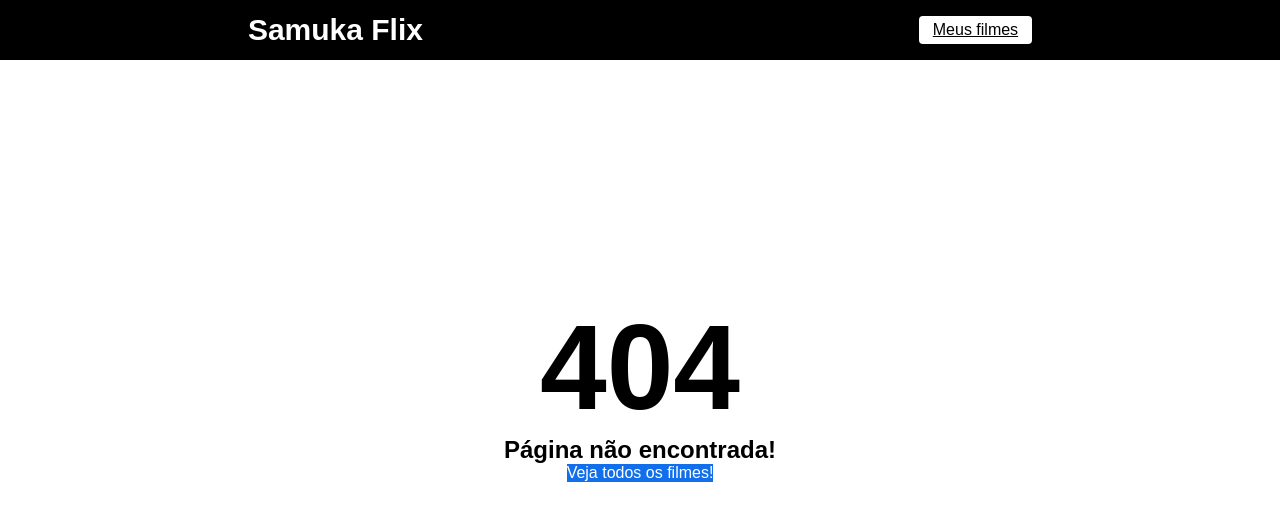
Repository: devsamuel23/primeflix_git
Page: /favoritos
These files come from the project's save history. The page is drawn as it stood at one moment and after a run of saves; the edit follows.
The browser window is 1280 px wide. The pictures show the whole page.
The project was rebuilt for these pictures with package versions that can differ from the ones it lists, and the page was loaded fresh each time. Also part of the build but not shown: src/pages/Home/home.css, src/pages/Home/index.js, src/pages/Filme/index.js.

Above is the page before, as saved 2023-05-19 23:45:23.

### src/index.css
*{
  padding: 0;
  margin: 0;
  box-sizing: border-box;
}
body{
  font-family: sans-serif;
}

.app{
  display: flex;
  width: 100%;
  justify-content: center;
  align-items: center;
  flex-direction: column;
}

### src/App.js
import RoutesApp from "./routes";

function App() {
  return (
  <div className="App">
    <RoutesApp/>
    </div>
    );
}

export default App;

### src/routes.js
import { BrowserRouter, Routes, Route } from "react-router-dom";


import Home from './pages/Home'

import Filme from "./pages/Filme";
import Header from "./components/Header";
import Erro from './pages/Erro'
function RoutesApp(){
    return (
      <BrowserRouter>
      <Header/>
        <Routes>
          <Route path="/" element={<Home />} />
          <Route path="/filme/:id" element={<Filme />} />

          <Route path="*" element={ <Erro/>} />
        </Routes>
      </BrowserRouter>
    );
}

export default RoutesApp;

### src/components/Header/index.js
import { Link } from "react-router-dom";
import "./header.css"
function Header(){
    return(
        <header>
            <Link className="logo" to="/">Samuka Flix</Link>
            <Link className="favoritos" to="/favoritos">Meus filmes</Link>
        </header>
    )
}

export default Header;

### src/pages/Erro/index.js
import { Link } from 'react-router-dom'
import '../Erro/Erro.css'

function Erro(){
    return(
        <div className="not-found">
            <h1>404</h1>
            <h2>Página não encontrada!</h2>
            <Link to="/"> Veja todos os filmes!</Link>
        </div>
    )
}

export default Erro;

### src/components/Header/header.css
header{
    display: flex;
    align-items: center;
    justify-content: space-around;
    width: 100%;
    height: 60px;
    background-color: #000000;
}

.logo{
    text-decoration: none;
    font-size: 30px;
    cursor: pointer;
    color: #fff;
    font-weight: bold;
}
.favoritos{
    cursor: pointer;
    background-color: #fff;
    padding: 5px 14px;
    color: #000000;
    border-radius: 4px;
}

### src/pages/Erro/Erro.css
.not-found{
    width: 100%;
    height: calc(100vh - 60px);
    display: flex;
    justify-content: center;
    align-items: center;
    flex-direction: column;
}

.not-found h1{
    font-size: 120px;
}

.not-found a{
    text-decoration: none;
    background-color: #116feb;
    color: #fff;
    padding
}

Loaded but not shown: public/index.html (common file); src/index.js (common file)

After the next 2 saves:
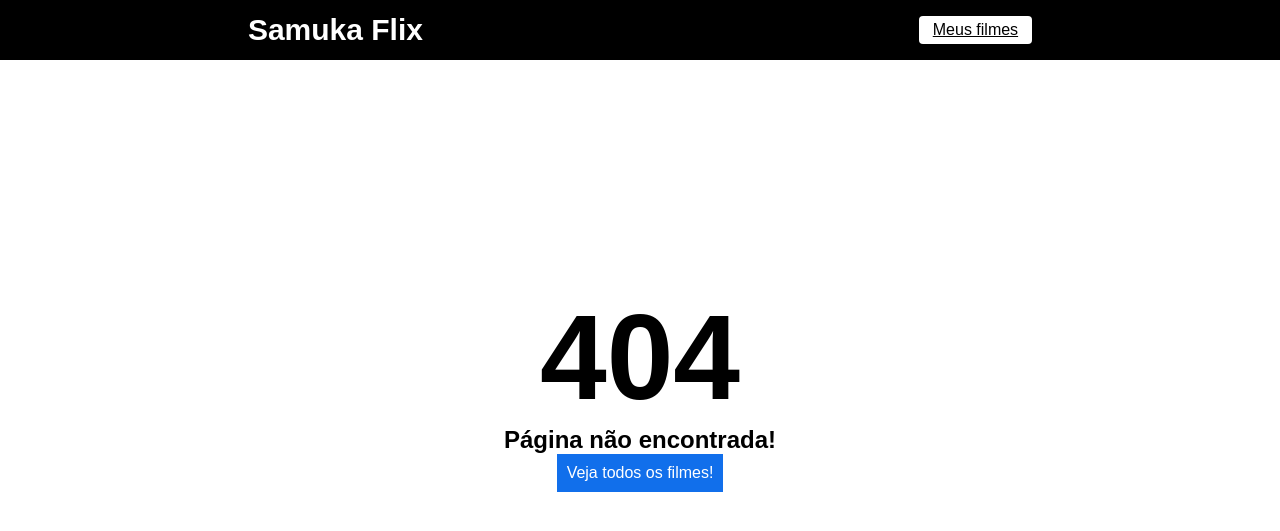
The 2 saves are shown as one change because they came seconds apart.
The last was saved 7 s later.
--- a/src/pages/Erro/Erro.css
+++ b/src/pages/Erro/Erro.css
@@ -15,5 +15,5 @@
     text-decoration: none;
     background-color: #116feb;
     color: #fff;
-    padding
+    padding: 10px;
 }
